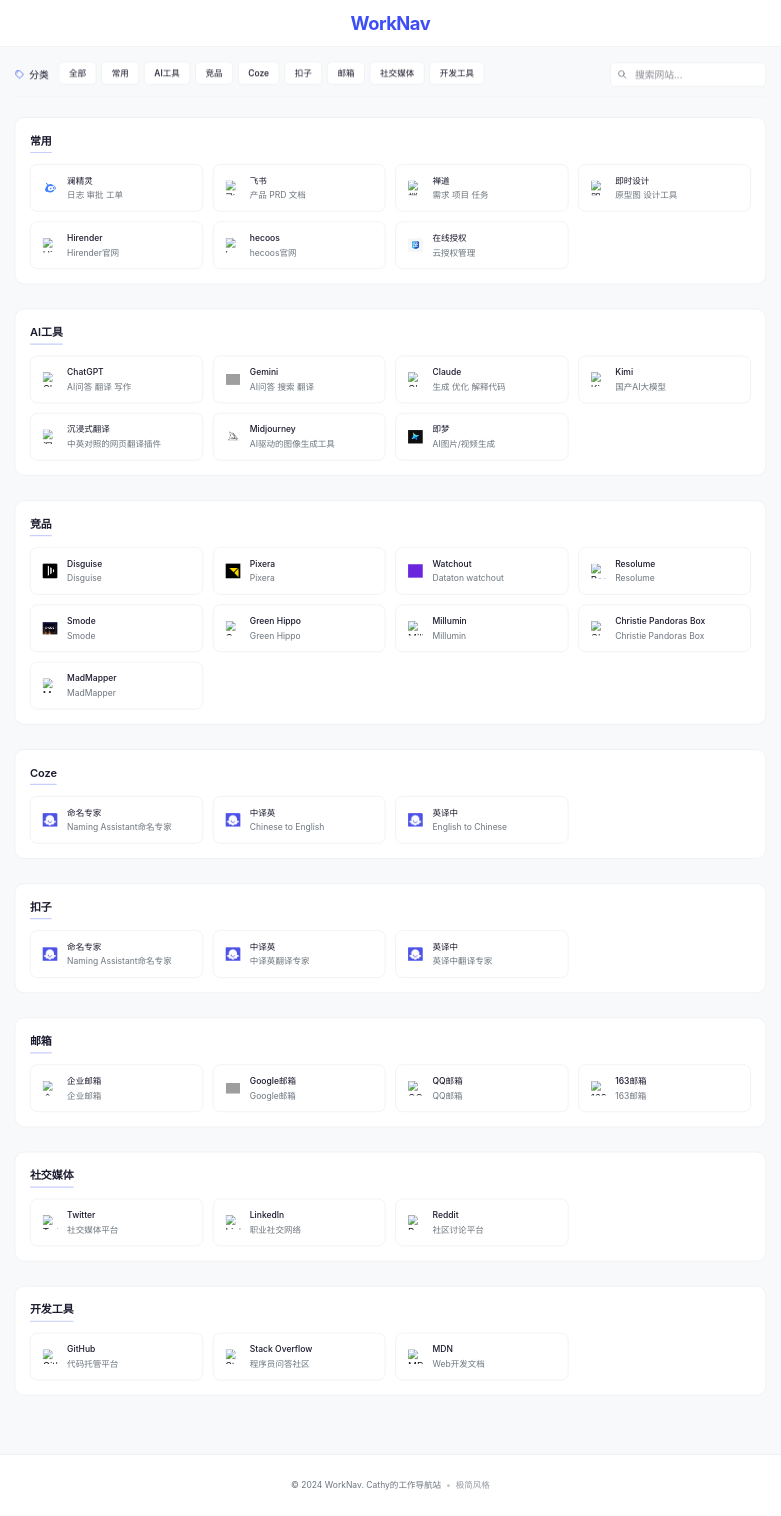
Repository: SweetPomelo0/WorkNav
Page: /
An editor plug-in stored every save of this project. The page is shown before and after the next save, followed by the edit.
The browser window is 1280 px wide. The pictures show the whole page, at 61% of full size.
Pictures or frames that could not be fetched are drawn as grey boxes. The project was rebuilt for these pictures with package versions that can differ from the ones it lists, and the page was loaded fresh each time. The framework's server and built-in components were replaced by stand-ins that run in the browser. Also part of the build but not shown: next.config.ts.

Above is the page before, as saved 2025-07-26 23:08:25.

After the next save:
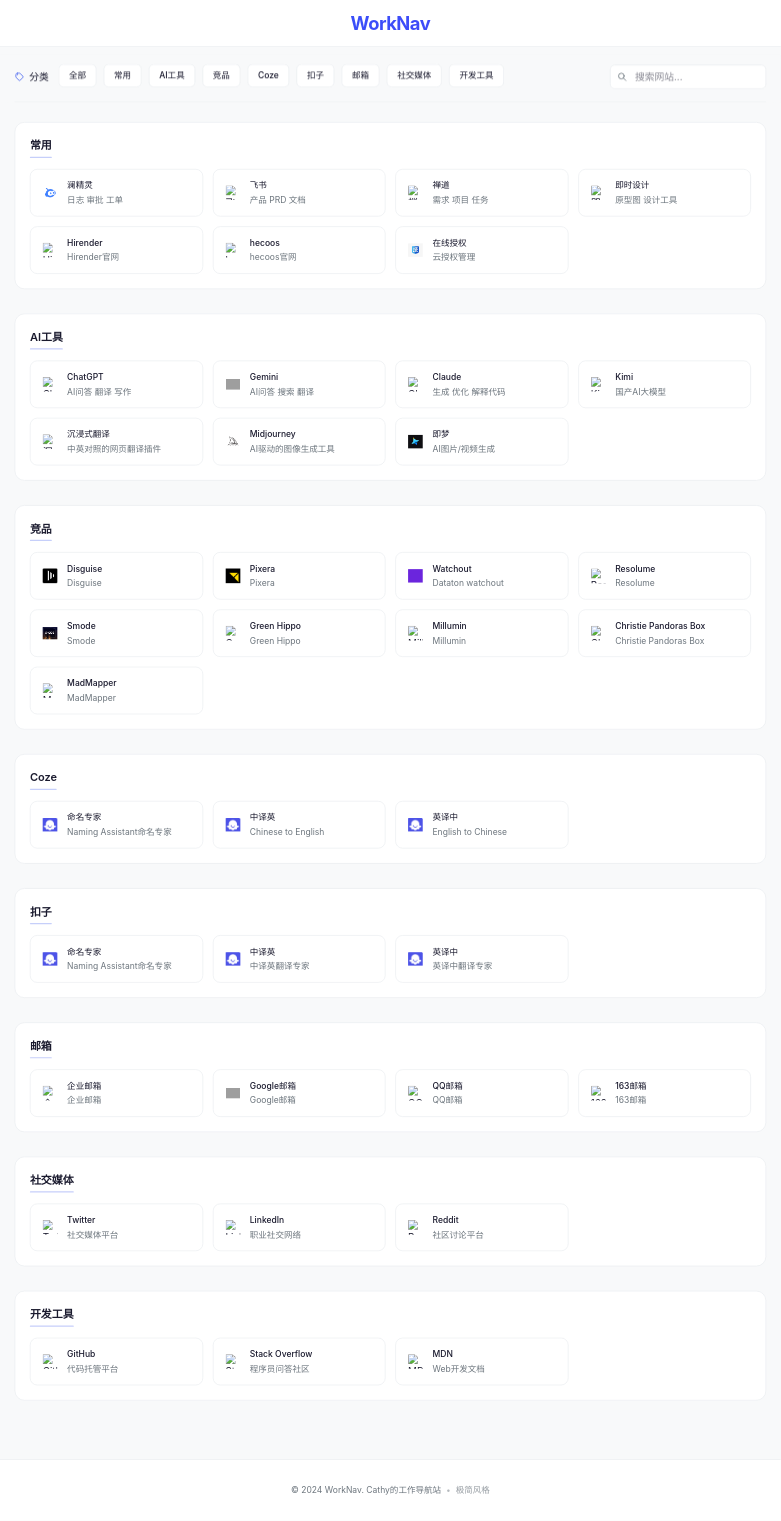
Saved 9 s later.
--- a/src/app/page.tsx
+++ b/src/app/page.tsx
@@ -110,7 +110,7 @@
 
       {/* Category Navigation */}
       <div className="sticky top-0 z-10 mt-3 category-nav-container" style={{ background: 'rgba(var(--background-rgb), 0.9)', backdropFilter: 'blur(10px)' }}>
-        <div className="max-w-7xl mx-auto px-4 md:px-6 py-2 md:py-3 overflow-x-auto">
+        <div className="max-w-7xl mx-auto px-4 md:px-6 py-3 md:py-4 overflow-x-auto">
           <div className="flex items-center">
             <div className="flex-shrink-0 mr-2 md:mr-4">
               <div className="flex items-center">
@@ -120,7 +120,7 @@
                 <span className="hidden sm:inline text-base font-medium" style={{ color: 'var(--text-primary)' }}>分类</span>
               </div>
             </div>
-            <div className="flex space-x-1 md:space-x-2 overflow-x-auto pb-1 category-scrollbar flex-grow">
+            <div className="flex space-x-2 md:space-x-3 overflow-x-auto pb-1 category-scrollbar flex-grow">
               <a
                 href="#"
                 onClick={(e) => {
@@ -163,7 +163,7 @@
             </div>
 
             {/* Search Box */}
-            <div className="flex-shrink-0 ml-2 md:ml-4">
+            <div className="flex-shrink-0 ml-3 md:ml-6">
               {/* 桌面端搜索框 */}
               <div className="hidden md:block relative">
                 <div className="absolute inset-y-0 left-0 pl-3 flex items-center pointer-events-none">
